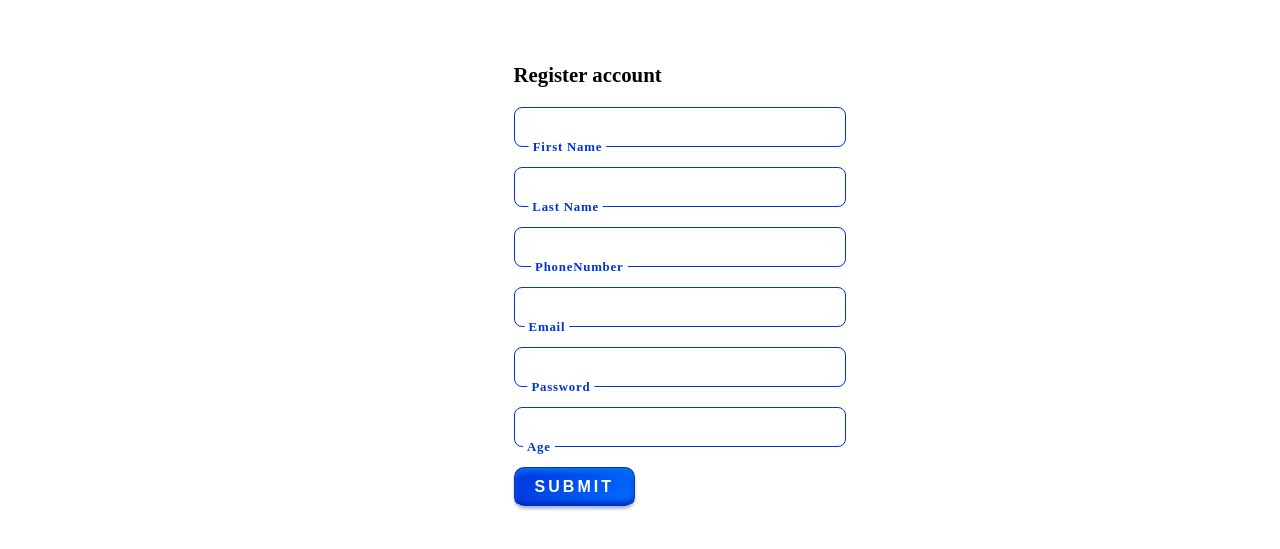
Repository: PeruriNaresh/Bank_Project
Page: http://localhost/bank_project/register.jsp
The author's editor kept a copy of each file at every save. The page is drawn from the files as they stood at one save, then again after the next save.
The browser window is 1280 px wide. The pictures show the whole page.
The page is served by Tomcat 9. Other server files are loaded and not shown.

Above is the page before, as saved 2024-10-24 13:02:41.

### bank_project/src/main/webapp/register.jsp
<%@ page language="java" contentType="text/html; charset=UTF-8"
    pageEncoding="UTF-8"%>
<!DOCTYPE html>
<html>
<head>
<meta charset="UTF-8">
<title>Insert title here</title>
</head>
<style>
/* From Uiverse.io by Spacious74 */
.container {
  width:500px;
  height:400px;
  margin-left:40%;
  margin-top:5%;
}

.container .heading {
  font-size: 1.3rem;
  margin-bottom: 20px;
  font-weight: bolder;
}

.form {
  max-width: 300px;
  display: flex;
  flex-direction: column;
  gap: 20px;
}

.form .btn-container {
  width: 100%;
  display: flex;
  align-items: center;
  gap: 20px;
}

.form .btn {
  padding: 10px 20px;
  font-size: 1rem;
  text-transform: uppercase;
  letter-spacing: 3px;
  border-radius: 10px;
  border: solid 1px #1034aa;
  border-bottom: solid 1px #90c2ff;
  background: linear-gradient(135deg, #0034de, #006eff);
  color: #fff;
  font-weight: bolder;
  transition: all 0.2s ease;
  box-shadow: 0px 2px 3px #000d3848, inset 0px 4px 5px #0070f0,
    inset 0px -4px 5px #002cbb;
}

.form .btn:active {
  box-shadow: inset 0px 4px 5px #0070f0, inset 0px -4px 5px #002cbb;
  transform: scale(0.995);
}

.input-field {
  position: relative;
}

.input-field label {
  position: absolute;
  color: #8d8d8d;
  pointer-events: none;
  background-color: transparent;
  left: 15px;
  transform: translateY(0.6rem);
  transition: all 0.3s ease;
}

.input-field input {
  padding: 10px 15px;
  font-size: 1rem;
  border-radius: 8px;
  border: solid 1px #8d8d8d;
  letter-spacing: 1px;
  width: 100%;
}

.input-field input:focus,
.input-field input:valid {
  outline: none;
  border: solid 1px #0034de;
}

.input-field input:focus ~ label,
.input-field input:valid ~ label {
  transform: translateY(-51%) translateX(-10px) scale(0.8);
  background-color: #fff;
  padding: 0px 5px;
  color: #0034de;
  font-weight: bold;
  letter-spacing: 1px;
  border: none;
  border-radius: 100px;
}

.form .passicon {
  cursor: pointer;
  font-size: 1.3rem;
  position: absolute;
  top: 6px;
  right: 8px;
}

.form .close {
  display: none;
}

</style>
<body>
<div class="container">
  <div class="heading">Register account</div>
  <form class="form" action="">
    <div class="input-field">
      <input type="text" name="fname" id="firstname"/>
      <label for="firstname">First Name</label>
    </div>
    <div class="input-field">
      <input type="text" name="lname" id="lastname"/>
      <label for="lastname">Last Name</label>
    </div>
    <div class="input-field">
      <input type="number" name="phone" id="phone"/>
      <label for="phone">PhoneNumber</label>
    </div>
    <div class="input-field">
      <input type="email" name="email" id="email"/>
      <label for="email">Email</label>
    </div>
    <div class="input-field">
      <input type="password" name="password"  id="password"/>
      <label for="username">Password</label>
    </div>
    <div class="input-field">
      <input type="text" name="age" id="age"/>
      <label for="age">Age</label>
    </div>

     <div class="btn-container">
      <button class="btn">Submit</button>

    </div>
  </form>
</div>

</body>
</html>

After the next save:
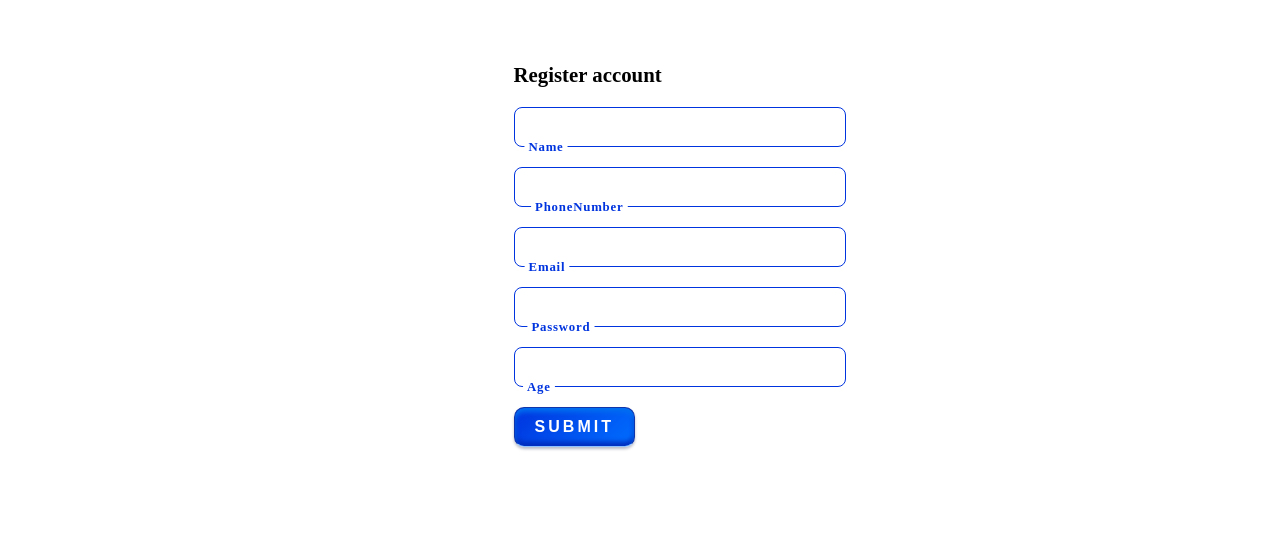
Saved 2 min 1 s later.
--- a/bank_project/src/main/webapp/register.jsp
+++ b/bank_project/src/main/webapp/register.jsp
@@ -115,12 +115,8 @@
   <div class="heading">Register account</div>
   <form class="form" action="">
     <div class="input-field">
-      <input type="text" name="fname" id="firstname"/>
-      <label for="firstname">First Name</label>
-    </div>
-    <div class="input-field">
-      <input type="text" name="lname" id="lastname"/>
-      <label for="lastname">Last Name</label>
+      <input type="text" name="lname" id="name"/>
+      <label for="name">Name</label>
     </div>
     <div class="input-field">
       <input type="number" name="phone" id="phone"/>
